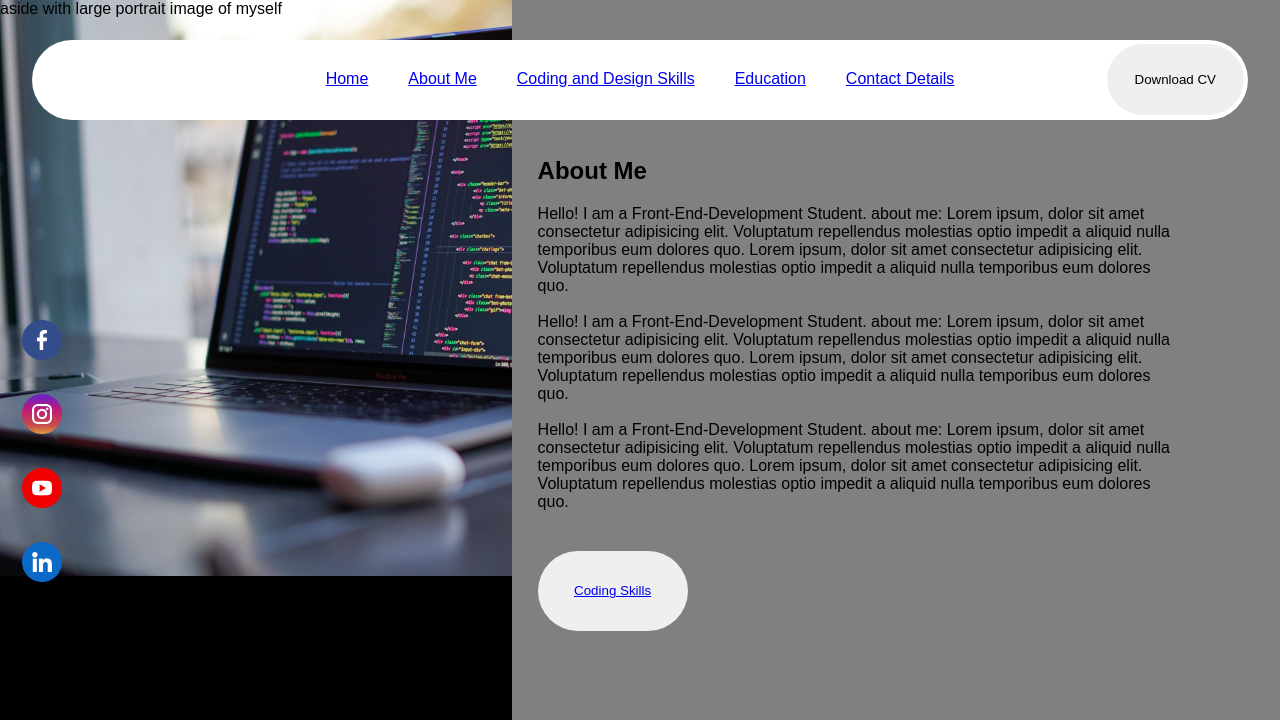
Repository: WesleyErasmus/MyDigitalResume-4
Page: about.html
An editor plug-in stored every save of this project. The page is shown before and after the next save, followed by the edit.
The browser window is 1280 px wide. The pictures show the whole page.

Above is the page before, as saved 2022-02-20 18:37:35.

After the next save:
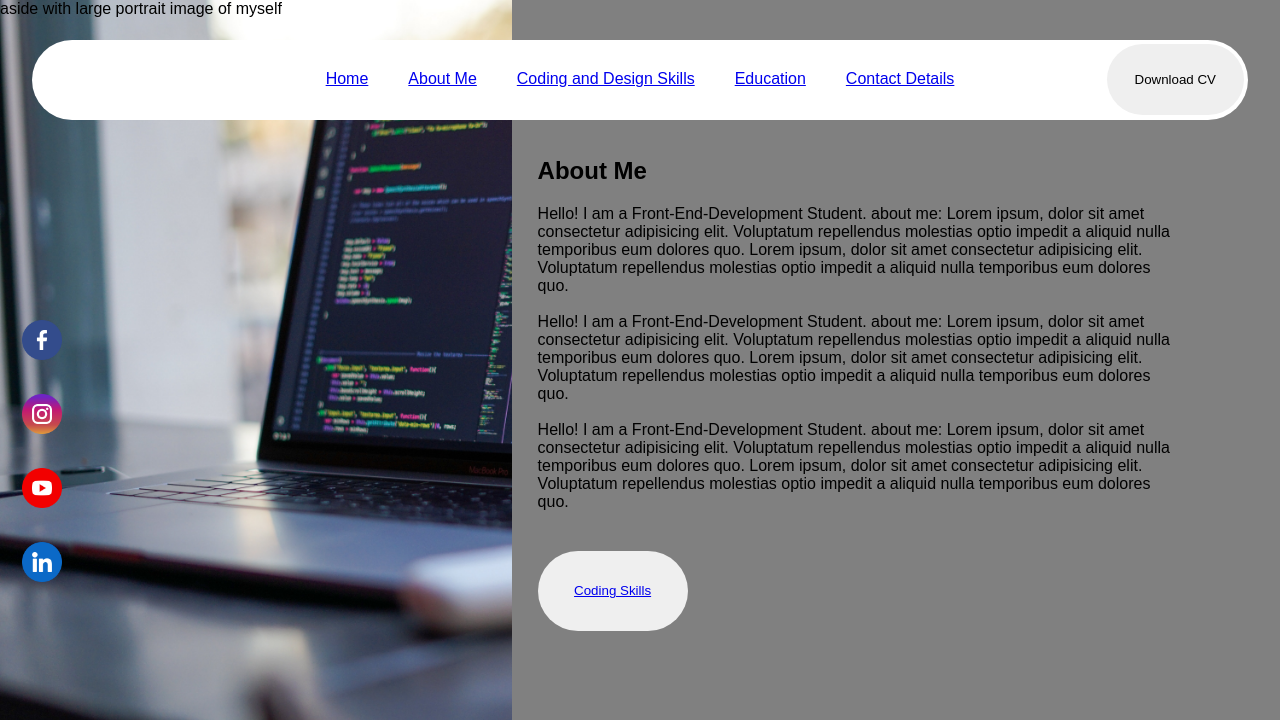
Saved 5 s later.
--- a/about.css
+++ b/about.css
@@ -51,7 +51,7 @@ aside.self-portrait {
     width: 40%;
     background-image: url(/backgroundImage/coding-1.jpg);
     background-repeat: no-repeat;
-    background-size: 200%;
+    background-size: 250%;
 }
 nav.social-media-links {
     position: relative;
